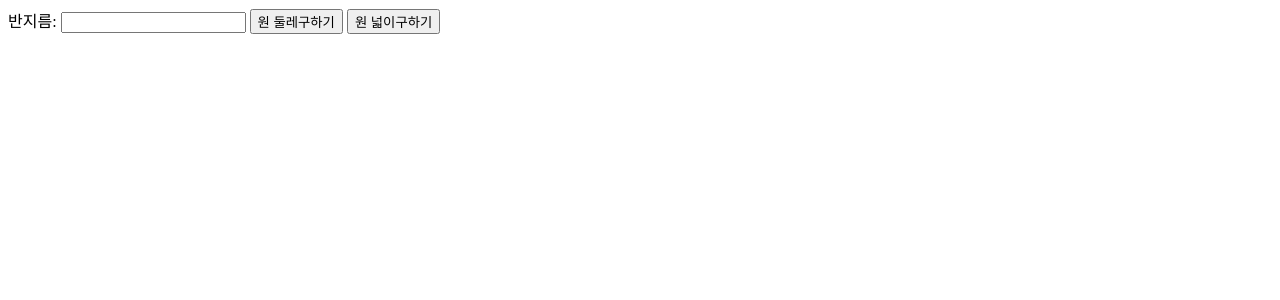
Repository: Jin0207/javaScript
Page: day0103/src/main/webapp/circleTest.html
An editor plug-in stored every save of this project. The page is shown before and after the next save, followed by the edit.
The browser window is 1280 px wide. The pictures show the whole page.

Above is the page before, as saved 2022-01-03 01:47:14.

After the next save:
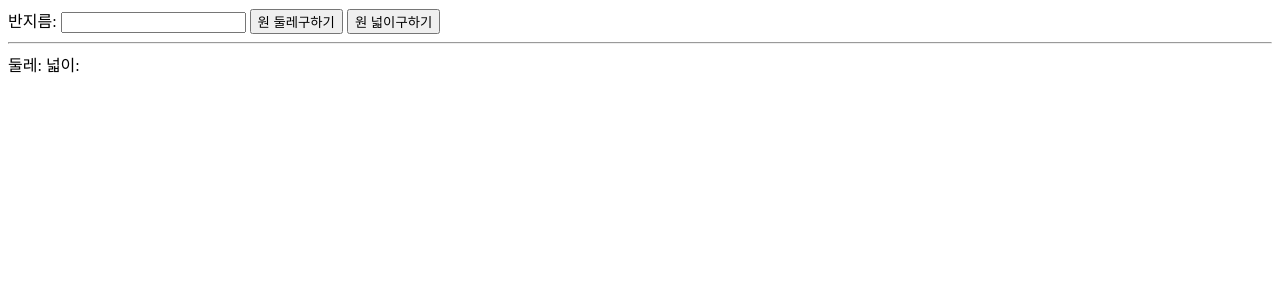
Saved 73 s later.
--- a/day0103/src/main/webapp/circleTest.html
+++ b/day0103/src/main/webapp/circleTest.html
@@ -7,7 +7,8 @@
 	const radius = document.getElementById("radius");
 
 	function calCircumference() {
-		console.log(radius * 2 * 3.14 )
+		const rv = radius.value
+		console.log(rv * 2 * 3.14 )
 	}
 </script>
 </head>
@@ -15,5 +16,8 @@
 	반지름: <input type="number" id="radius">
 	<button type="button" onclick="calCircumference()">원 둘레구하기</button>
 	<button type="button" onclick="calArea()">원 넓이구하기</button>
+	<hr>
+	둘레: <span id="circumference"></span>
+	넓이: <span id="area"></span>
 </body>
 </html>
